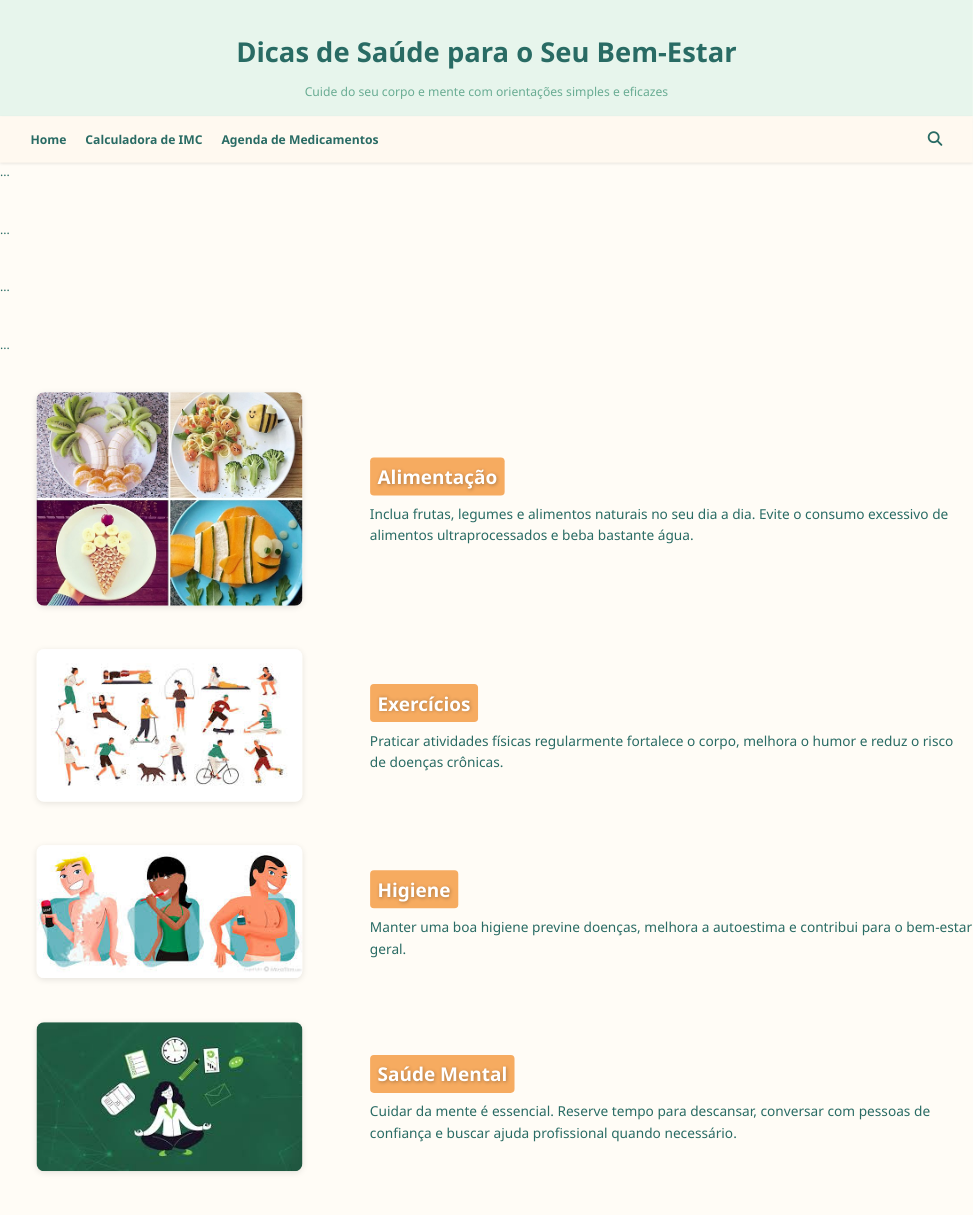
Repository: Cristiane-Sartori14/dicasSaude
Page: index.html
The author's editor kept a copy of each file at every save. The page is drawn from the files as they stood at one save, then again after the next save.
The browser window is 1280 px wide. The pictures show the whole page, at 76% of full size.

Above is the page before, as saved 2025-05-21 18:29:20.

### index.html
<!DOCTYPE html>
<html lang="en">
  <head>
    <meta charset="UTF-8" />
    <meta name="viewport" content="width=device-width, initial-scale=1.0" />
    <title>Dicas de Saúde</title>
    <link rel="stylesheet" href="style.css" />
    <script src="script.js"></script>

    <link
      rel="stylesheet"
      href="https://cdnjs.cloudflare.com/ajax/libs/font-awesome/6.5.0/css/all.min.css"
    />
  </head>
  <body>
    <!-- Título principal da página -->
    <section class="main-title">
      <h1>Dicas de Saúde para o Seu Bem-Estar</h1>
      <p>Cuide do seu corpo e mente com orientações simples e eficazes</p>
    </section>

    <!--Cabeçalho-->
    <header class="header">
      <div class="nav-container">
        <nav>
          <ul class="nav-links">
            <li><a href="#">Home</a></li>
            <li><a href="#">Calculadora de IMC</a></li>
            <li><a href="#">Agenda de Medicamentos</a></li>
          </ul>
        </nav>
        <div class="header-icons">
          <div class="icon search-icon">
            <i class="fa-solid fa-magnifying-glass"></i>
          </div>
        </div>
      </div>
    </header>

    <div id="carousel-dicas">
      <section class="section-saude">...</section>
      <section class="section-saude">...</section>
      <section class="section-saude">...</section>
      <section class="section-saude">...</section>
    </div>

    <!-- Alimentação -->
    <section class="section-saude">
      <div class="imagem">
        <img
          src="img/alimento.jpg"
          alt="Prato com alimentos saudáveis, frutas e vegetais coloridos"
        />
      </div>
      <div class="texto">
        <h2>Alimentação</h2>
        <p>
          Inclua frutas, legumes e alimentos naturais no seu dia a dia. Evite o
          consumo excessivo de alimentos ultraprocessados e beba bastante água.
        </p>
      </div>
    </section>

    <!-- Exercícios -->
    <section class="section-saude">
      <div class="imagem">
        <img src="img/exercicio.jpg" alt="Exercício Físico" />
      </div>
      <div class="texto">
        <h2>Exercícios</h2>
        <p>
          Praticar atividades físicas regularmente fortalece o corpo, melhora o
          humor e reduz o risco de doenças crônicas.
        </p>
      </div>
    </section>

    <!-- Higiene -->
    <section class="section-saude">
      <div class="imagem">
        <img src="img/higiene.jpg" alt="Higiene Pessoal" />
      </div>
      <div class="texto">
        <h2>Higiene</h2>
        <p>
          Manter uma boa higiene previne doenças, melhora a autoestima e
          contribui para o bem-estar geral.
        </p>
      </div>
    </section>

    <!-- Saúde Mental -->
    <section class="section-saude">
      <div class="imagem">
        <img src="img/saude-mental.jpg" alt="Saúde Mental" />
      </div>
      <div class="texto">
        <h2>Saúde Mental</h2>
        <p>
          Cuidar da mente é essencial. Reserve tempo para descansar, conversar
          com pessoas de confiança e buscar ajuda profissional quando
          necessário.
        </p>
      </div>
    </section>
  </body>
</html>

### style.css
* {
  box-sizing: border-box;
  margin: 0;
  padding: 0;
}

body {
  font-family: "Segoe UI", Tahoma, Verdana, sans-serif;
  background-color: #FFFCF6;
  color: #296B64;
  line-height: 1.6;
}

/*Título*/
.main-title {
  text-align: center;
  padding: 40px 20px 20px;
  background-color: #e7f5ec;
}

.main-title h1 {
  font-size: 36px;
  color: #296B64;
  margin-bottom: 10px;
}

.main-title p {
  color: #69AC93;
}

.texto h2 {
  font-size: 25px;
  color: #FFF;
  background-color: #F6AB60; /* laranja */
  text-shadow: 1px 1px 5px rgba(0, 0, 0, 0.3);
  padding: 5px 10px;
  border-radius: 5px;
  display: inline-block;
}

/* Cabeçalho */
.header {
  background-color: #FFF9F0;
  box-shadow: 0 2px 4px rgba(0, 0, 0, 0.1);
  padding: 15px 30px;
  position: sticky;
  top: 0;
  z-index: 10;
}

.nav-container {
  max-width: 1200px;
  margin: 0 auto;
  display: flex;
  justify-content: space-between;
  align-items: center;
}

.nav-links {
  list-style: none;
  display: flex;
  gap: 25px;
}

.nav-links a {
  text-decoration: none;
  color: #296B64;
  font-weight: 600;
  transition: color 0.3s ease;
}

.nav-links a:hover,
.header-icons i:hover {
  color: #D87162;
}

.header-icons {
  display: flex;
  align-items: center;
  gap: 15px;
}

.icon {
  font-size: 1.2rem;
  background: none;
  border: none;
  cursor: pointer;
  color: #296B64;
}

/* Conteúdo principal */
.health-container {
    max-width: 1200px;
    margin: 0 auto;
    padding: 40px 20px;
}

.section-saude {
  display: flex;
  align-items: center;
  justify-content: space-between;
  gap: 40px;
  margin-bottom: 50px;
  flex-wrap: wrap;
}

.imagem img {
  width: 100%;
  max-width: 350px;
  border-radius: 10px;
  box-shadow: 0 2px 8px rgba(0, 0, 0, 0.1);
}

.imagem {
  flex: 1 1 300px;
  text-align: center;
}

.texto {
  flex: 2 1 500px;
}

.texto h2 {
  font-size: 25px;
  color: #FFF;
  background-color: #F6AB60;
  text-shadow: 1px 1px 5px rgba(0, 0, 0, 0.3);
  padding: 5px 10px;
  border-radius: 5px;
  display: inline-block;
}

.texto p {
  font-size: 18px;
  color: #296B64;
  line-height: 1.6;
   margin-top: 10px;
}

.health-details {
  flex: 2 1 500px;
}

.health-title {
  color: #296B64;
  font-size: 32px;
  margin-bottom: 20px;
}

.tip {
  margin-bottom: 20px;
}

.tip h3 {
  font-size: 20px;
  color: #69AC93;
}

.tip p {
  margin-top: 5px;
}

/* Responsivo */
@media (max-width: 768px) {
  .section-saude {
    flex-direction: column;
    align-items: center;
    text-align: center;
  }

  .nav-links {
    flex-direction: column;
    align-items: center;
    gap: 10px;
  }

  .nav-container {
    flex-direction: column;
    gap: 10px;
  }
}

### script.js
let indiceAtual = 0;
const secoes = document.querySelectorAll('#carousel-dicas .section-saude');

function mostrarSecao(index) {
  secoes.forEach((secao, i) => {
    secao.style.display = (i === index) ? 'flex' : 'none';
  });
}

function proximaSecao() {
  indiceAtual = (indiceAtual + 1) % secoes.length;
  mostrarSecao(indiceAtual);
}

// Iniciar com a primeira
mostrarSecao(indiceAtual);

// Troca a cada 5 segundos
setInterval(proximaSecao, 5000);

After the next save:
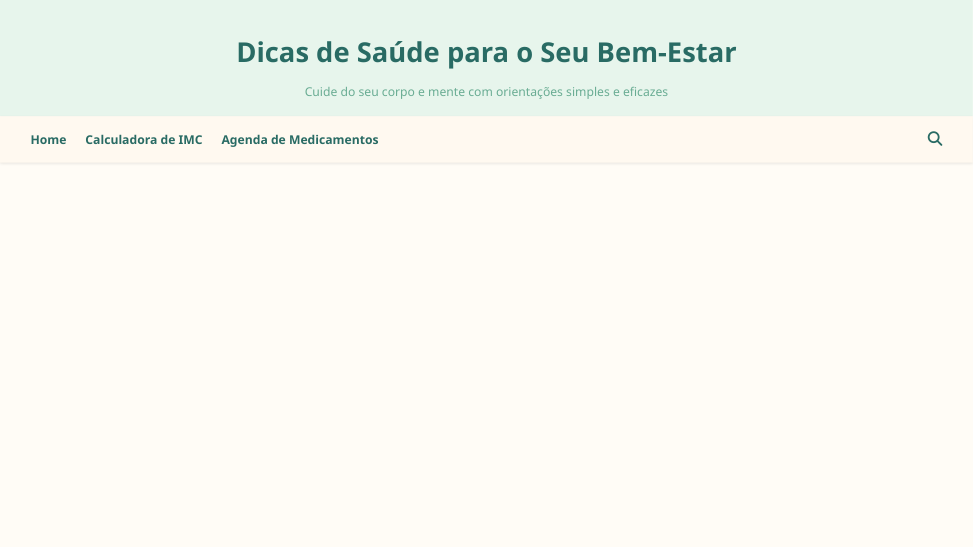
Saved 41 s later.
--- a/style.css
+++ b/style.css
@@ -96,7 +96,7 @@
 }
 
 .section-saude {
-  display: flex;
+  display: none;
   align-items: center;
   justify-content: space-between;
   gap: 40px;

After the save that followed:
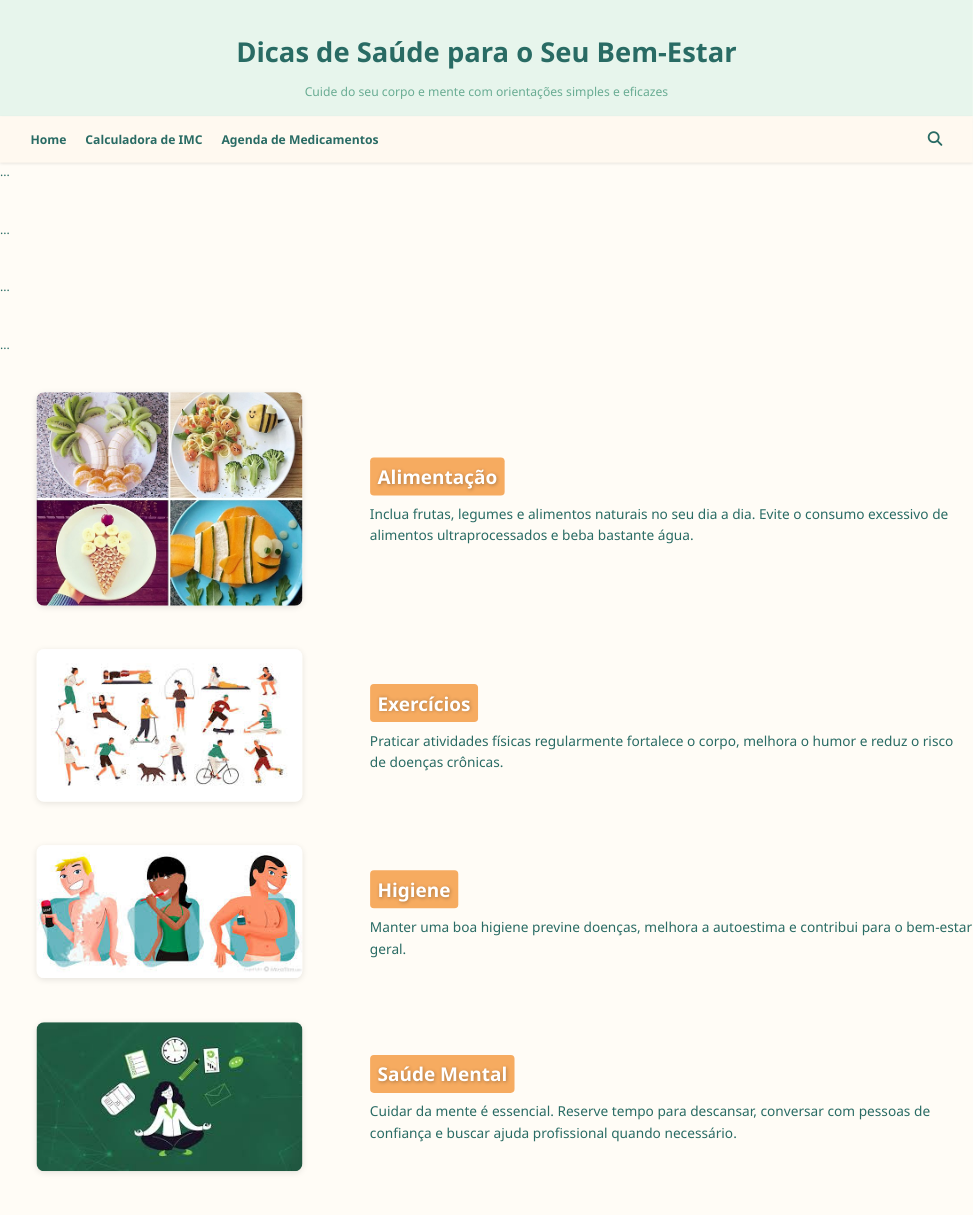
Saved 12 s later.
--- a/style.css
+++ b/style.css
@@ -96,7 +96,7 @@
 }
 
 .section-saude {
-  display: none;
+  display: flex;
   align-items: center;
   justify-content: space-between;
   gap: 40px;
